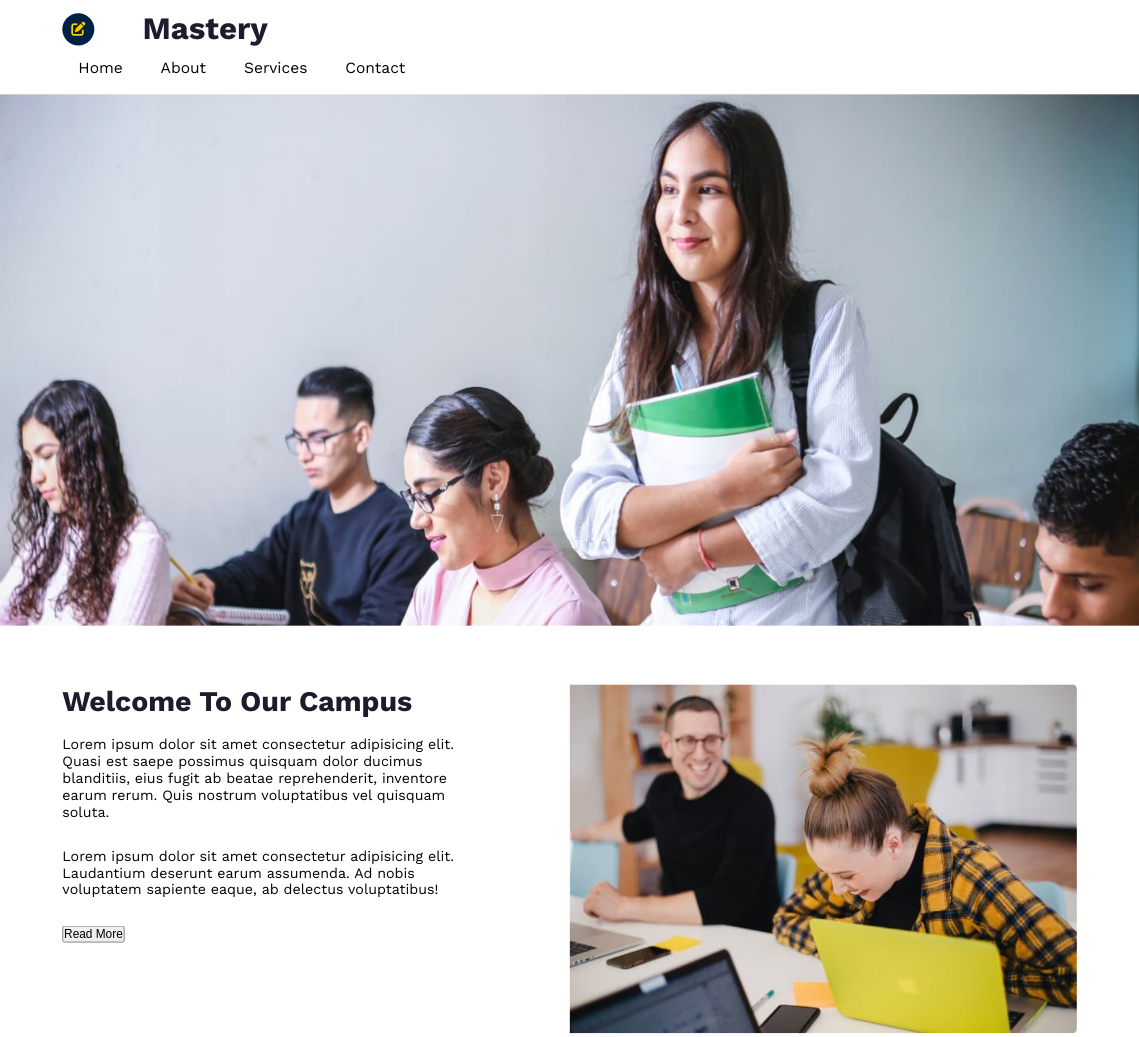
Repository: giahuy405/BC38__Mastery__Pham_Gia_Huy
Page: index.html
These files come from the project's save history. The page is drawn as it stood at one moment and after the next save; the edit follows.
The browser window is 1280 px wide. The pictures show the whole page, at 89% of full size.

Above is the page before, as saved 2022-09-09 16:47:07.

### index.html
<!DOCTYPE html>
<html lang="en">
<head>
    <meta charset="UTF-8">
    <meta http-equiv="X-UA-Compatible" content="IE=edge">
    <meta name="viewport" content="width=device-width, initial-scale=1.0">
    <title>Document</title>
    <link href="https://fonts.googleapis.com/css2?family=Montserrat:wght@300;400;500;700;900&family=Work+Sans:wght@300;400;500;700&display=swap" rel="stylesheet">
    <link rel="stylesheet" href="https://cdnjs.cloudflare.com/ajax/libs/font-awesome/6.2.0/css/all.min.css">
    <link rel="stylesheet" href="./index.css">
</head>
<body>
    <header>
        <div class="container">
            <i class="fa-solid fa-pen-to-square"></i>
            <div class="header__title">
                <h1>Mastery</h1>
            </div>
        </div>
    </header>
    <nav>
        <div class="container">
            <ul>
                <li><div class="wrapper"><span class="square individual"><a class="ninth before after"  href="#">Home</a></span></div></li>
                <li><div class="wrapper"><span class="square individual"><a class="ninth before after"  href="#">About</a></span></div></li>
                <li><div class="wrapper"><span class="square individual"><a class="ninth before after"  href="#">Services</a></span></div></li>
                <li><div class="wrapper"><span class="square individual"><a class="ninth before after"  href="#">Contact</a></span></div></li>
            </ul>
        </div>
    </nav>
    <div class="carousel">
        <img src="./img/carousel__website.png" alt="">
    </div>
    <div class="welcome container">
        <div class="welcome__content">
            <h1>Welcome To Our Campus</h1>
            <p>Lorem ipsum dolor sit amet consectetur adipisicing elit. Quasi est saepe possimus quisquam dolor ducimus blanditiis, eius fugit ab beatae reprehenderit, inventore earum rerum. Quis nostrum voluptatibus vel quisquam soluta.</p>

            <p>Lorem ipsum dolor sit amet consectetur adipisicing elit. Laudantium deserunt earum assumenda. Ad nobis voluptatem sapiente eaque, ab delectus voluptatibus!</p>
            <button>Read More</button>
        </div>
        <div class="welcome__img">
            <img src="./img/g1.jpg" alt="">
        </div>
        <div class="clear"></div>
    </div>


</body>
</html>

### index.css
*{
    padding: 0;
    margin: 0;
    box-sizing: border-box;
}
.clear{
    clear: both;
}
html{
    font-size: 16px;
    font-family: 'Work Sans', sans-serif;
}
.container{
    width: 1140px;
    margin: 0 auto;
}
header{
    position: relative;
    margin-top: 15px;
}
.header__title{
    display: inline-block;
     position: absolute;
     top: -4px;
    left: 160px;
}
.header__title h1{
    font-size: 35px;
    color: #1b1d2d;
}
header i{
    background-color: #002146;
    height: 36px;
    width: 36px;
    border-radius: 50%;
    color: #fdc800;
    text-align: center;
    padding-top: 9px;

}
nav ul{
    list-style: none;
    margin-top: 15px;
    margin-left: 18px;

}
nav li{
    display: inline;
    margin-right: 30px;
}

 /* Hiệu ứng hover cho Nav */
.wrapper{
    margin:2em 0;
    display: inline;
    font-size: 7px;
  }
a,a:visited,a:hover,a:active{
    -webkit-backface-visibility:hidden;
            backface-visibility:hidden;
      position:relative;
    transition:0.5s color ease;
      text-decoration:none;
      color:black;
      font-size:2px;
}
a:hover{
    color:#fdc800;
}
a.before:before,a.after:after{
content: "";
transition:0.5s all ease;
-webkit-backface-visibility:hidden;
        backface-visibility:hidden;
position:absolute;
}
a.before:before{
top:-0.25em;
}
a.after:after{
bottom:-0.25em;
}
a.before:before,a.after:after{
height:5px;
height:0.2rem;
width:0;
background:#fdc800;
}
a.first:after{
left:0;
}
a.second:after{
right:0;
}
a.third:after,a.sixth:before,a.sixth:after{
left:50%;
-webkit-transform:translateX(-50%);
        transform:translateX(-50%);
}
a.fourth:before,a.fourth:after{
left:0;
}
a.fifth:before,a.fifth:after{
right:0;
}
a.seventh:before{
right:0;
}
a.seventh:after{
left:0;
}
a.eigth:before{
left:0;
}
a.eigth:after{
right:0;
}
a.before:hover:before,a.after:hover:after{
width:100%;
}
.square{
box-sizing:border-box;
margin-left:-0.4em;
position:relative;
font-size:2.5em;
overflow:hidden;
}
.square a{
position:static;
font-size:100%;
padding:0.2em 0.4em;
}
.square:before,.square:after{
content: "";
box-sizing:border-box;
transition:0.25s all ease;
-webkit-backface-visibility:hidden;
        backface-visibility:hidden;
position:absolute;
width:5px;
width:0.2rem;
height:0;
background:#fdc800;
}
.square:before{
left:0;
bottom:-0.2em;
}
.square.individual:before{
transition-delay:0.6s;
}
.square:after{
right:0;
top:-0.2em;
}
.square.individual:after{
transition-delay:0.2s;
}
.square a:before{
left:0;
transition:0.25s all ease;
}
.square a:after{
right:0;
transition:0.25s all ease;
}
.square.individual a:after{
transition:0.25s all ease 0.4s;
}
.square:hover:before,.square:hover:after{
height:calc(100% + 0.4em);
}
.square:hover a:before,.square:hover a:after{
width:100%;
}
.carousel{
    width: 100%;
    margin-top: 20px;
}
.carousel img{
max-width: 100%;
height: 597px;
}
.welcome{
    margin-top: 62px;
}
.welcome__content h1{
    margin-bottom: 20px;
    color: #1b1d2d;
}
.welcome__content{
    padding-right: 100px;
}
.welcome__content p{
    margin-bottom: 30px;
}
.welcome__content,.welcome__img{
    width: 50%;
    float: left;
}
.welcome__img img{
    width: 100%;
    border-top-right-radius: 5px;
    border-bottom-right-radius: 5px;
}

After the next save:
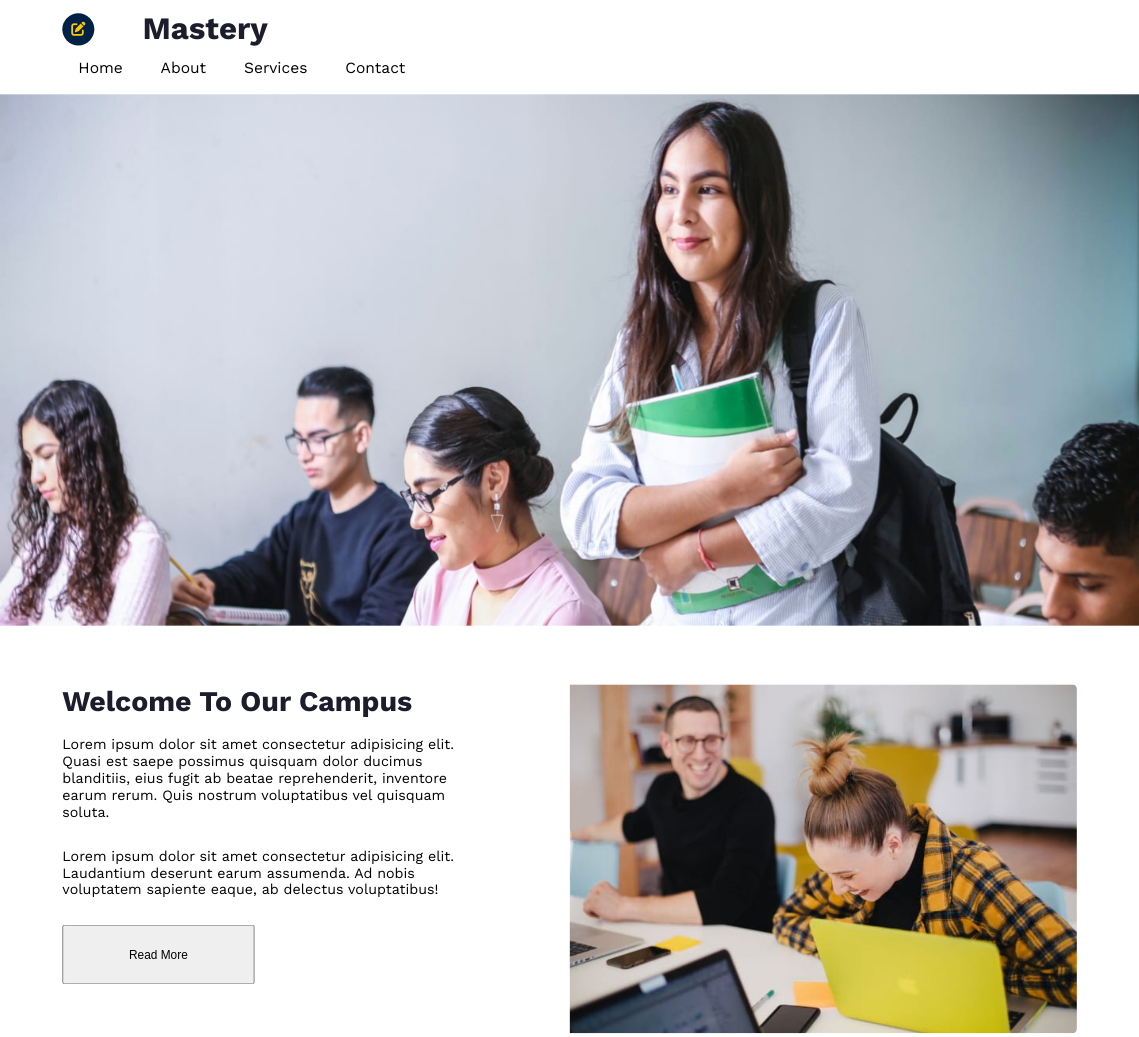
Saved 3 min 45 s later.
--- a/index.css
+++ b/index.css
@@ -194,6 +194,9 @@ height: 597px;
 .welcome__content p{
     margin-bottom: 30px;
 }
+.welcome__content button{
+    padding: 24px 73px;
+}
 .welcome__content,.welcome__img{
     width: 50%;
     float: left;
